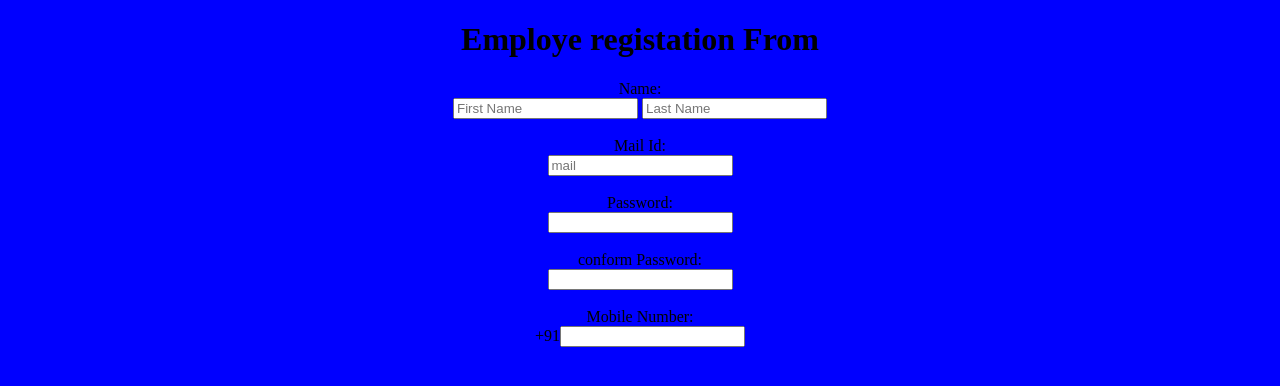
Repository: AbubakarShaik/Java_J2EE_Project
Page: http://localhost/com.testprojectServlet/Registration.jsp
The author's editor kept a copy of each file at every save. The page is drawn from the files as they stood at one save, then again after the next save.
The browser window is 1280 px wide. The pictures show the whole page.
The page is served by Tomcat 9.

Above is the page before, as saved 2016-12-19 18:24:04.

After the next save:
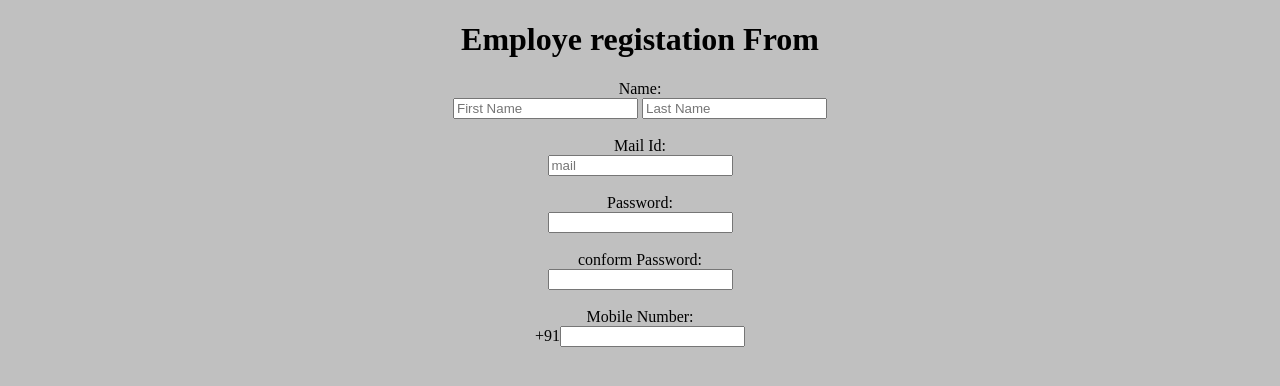
Saved 18 s later.
--- a/com.testprojectServlet/WebContent/Registration.jsp
+++ b/com.testprojectServlet/WebContent/Registration.jsp
@@ -6,7 +6,7 @@
 <meta http-equiv="Content-Type" content="text/html; charset=ISO-8859-1">
 <title>Insert title here</title>
 </head>
-<body bgcolor="blue">
+<body bgcolor="silver">
 
 <center>
 
